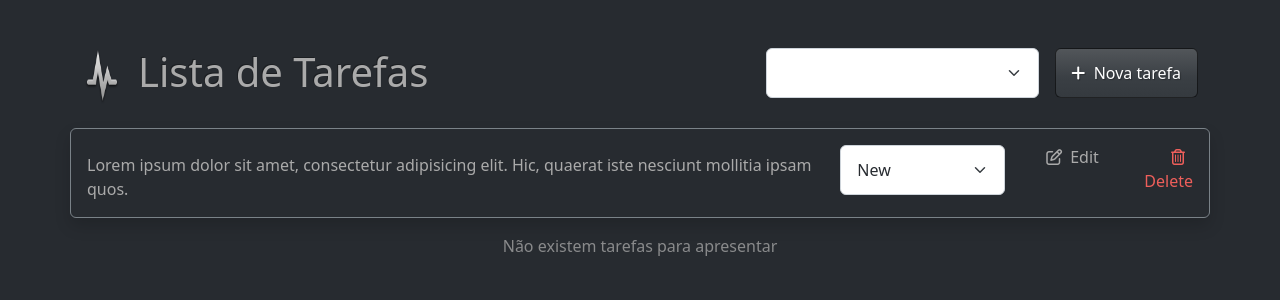
Repository: cargugati/lista_tarefas
Page: frontEnd/index.html
These files come from the project's save history. The page is drawn as it stood at one moment and after a run of saves; the edit follows.
The browser window is 1280 px wide. The pictures show the whole page.

Above is the page before, as saved 2023-03-18 21:34:04.

After the next 2 saves:
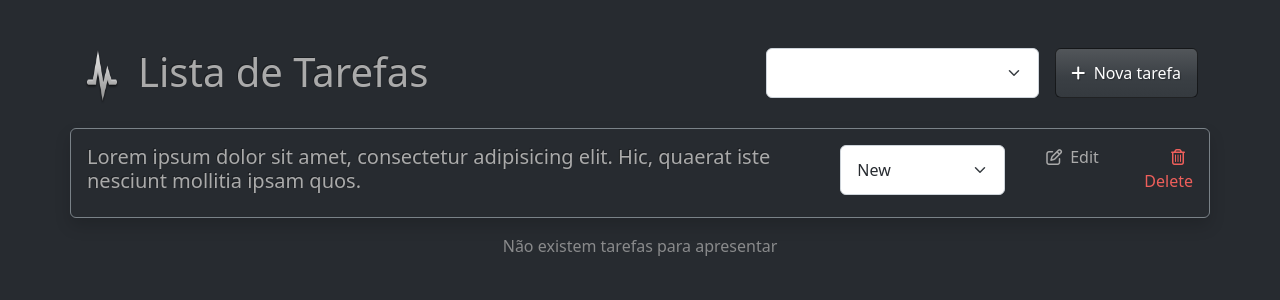
The 2 saves are shown as one change because they came seconds apart.
The last was saved 7 s later.
--- a/frontEnd/index.html
+++ b/frontEnd/index.html
@@ -39,7 +39,8 @@
       <div class="col-12 border border-secondary rounded p-3 shadow">
         <div class="row">
           <div class="col-8">
-            <h5></h5>Lorem ipsum dolor sit amet, consectetur adipisicing elit. Hic, quaerat iste nesciunt mollitia ipsam quos.
+            <h5>Lorem ipsum dolor sit amet, consectetur adipisicing elit. Hic, quaerat iste nesciunt mollitia ipsam
+              quos.</h5>
           </div>
           <div class="col-2">
             <select id="task_status" class="form-select w-100">
